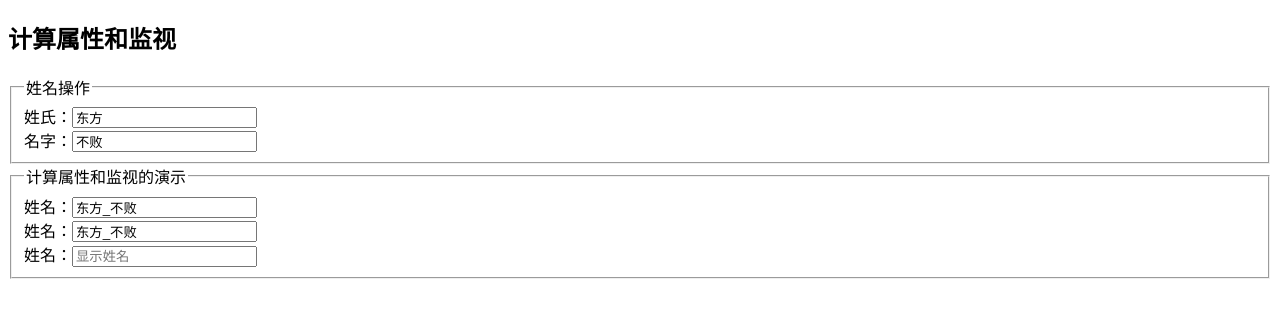
Repository: zhuhongxiang/Vue3.0-TSLeaning
Page: / (app in 04_Vue3/vue3_learning/)
The author's editor kept a copy of each file at every save. The page is drawn from the files as they stood at one save, then again after the next save.
The browser window is 1280 px wide. The pictures show the whole page.
The project was rebuilt for these pictures with package versions that can differ from the ones it lists, and the page was loaded fresh each time.

Above is the page before, as saved 2021-07-26 11:17:32.

After the next save:
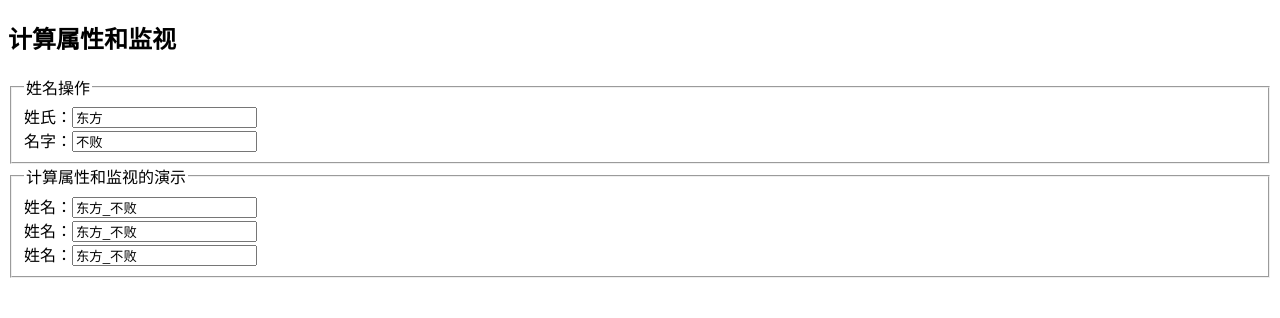
Saved 45 s later.
--- a/04_Vue3/vue3_learning/src/App.vue
+++ b/04_Vue3/vue3_learning/src/App.vue
@@ -54,9 +54,13 @@ export default defineComponent({
     // 第三个姓名
     const fullName3 = ref("");
     // 监视----监视指定的数据
-    watch(user, ({ firstName, lastName }) => {
-      fullName3.value = firstName + "_" + lastName;
-    });
+    watch(
+      user,
+      ({ firstName, lastName }) => {
+        fullName3.value = firstName + "_" + lastName;
+      },
+      { immediate: true }
+    );
     return {
       user,
       fullName1,
